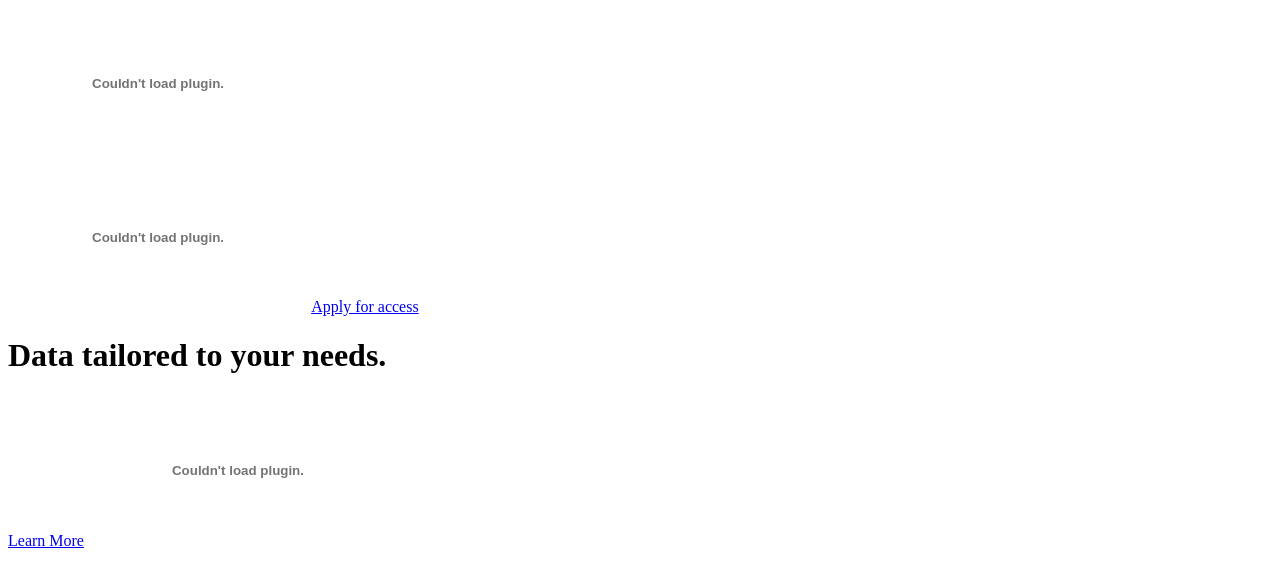
Repository: Arkitecth/landing_page
Page: starter-code/index.html
The author's editor kept a copy of each file at every save. The page is drawn from the files as they stood at one save, then again after the next save.
The browser window is 1280 px wide. The pictures show the whole page.

Above is the page before, as saved 2023-05-20 22:00:19.

### starter-code/index.html
<!DOCTYPE html>
<html lang="en">
<head>
  <meta charset="UTF-8">
  <meta http-equiv="X-UA-Compatible" content="IE=edge">
  <meta name="viewport" content="width=device-width, initial-scale=1.0">
  <title>Work-it | Landing Page</title>
</head>
<body>
  <header>
    <object data="assets/images/bg-pattern-1.svg" type="image"></object>
    <div class="container">
      <nav>
        <object data="assets/images/logo-light.svg" type="image"></object>
        <a class="btn-secondary" href="#">Apply for access</a>
      </nav>
      <div class="showcase">
        <h1>Data <span>tailored</span> to your needs.</h1>
        <a class="btn-primary"href="#">Learn More</a>
        <object data="assets/images/image-hero.webp" type="image"></object>
      </div>
    </div>
  </header>
</body>
</html>

After the next save:
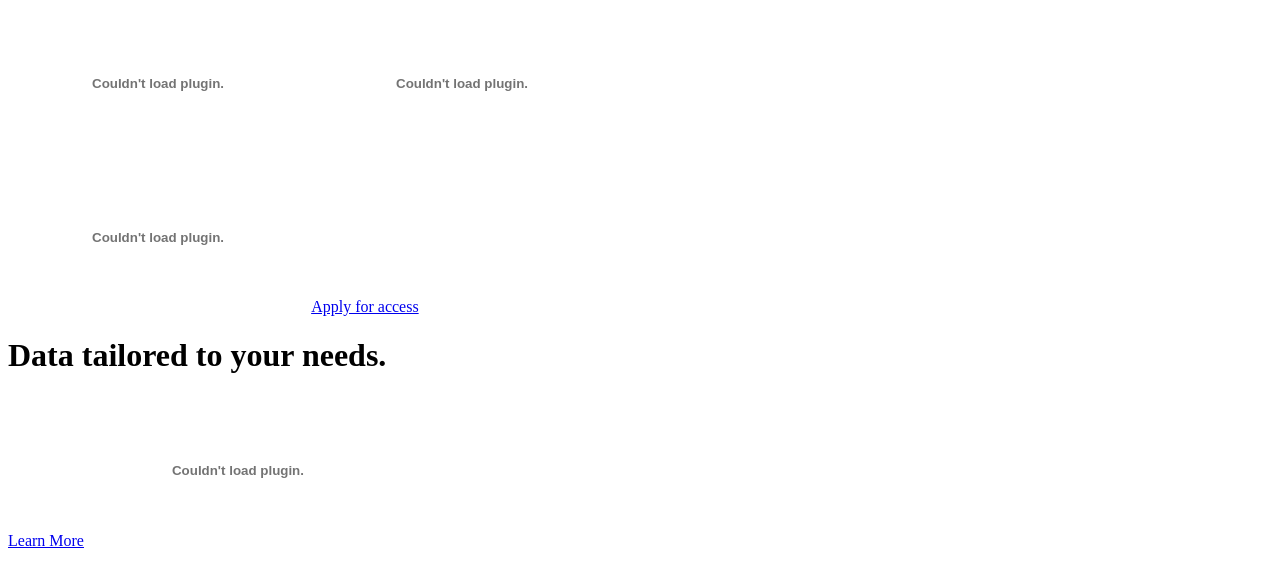
Saved 12 s later.
--- a/starter-code/index.html
+++ b/starter-code/index.html
@@ -8,7 +8,8 @@
 </head>
 <body>
   <header>
-    <object data="assets/images/bg-pattern-1.svg" type="image"></object>
+    <object data="assets/images/bg-pattern-1.svg" type="image-svg"></object>
+    <object data="assets/images/bg-pattern-1.svg" type="image-svg"></object>
     <div class="container">
       <nav>
         <object data="assets/images/logo-light.svg" type="image"></object>
